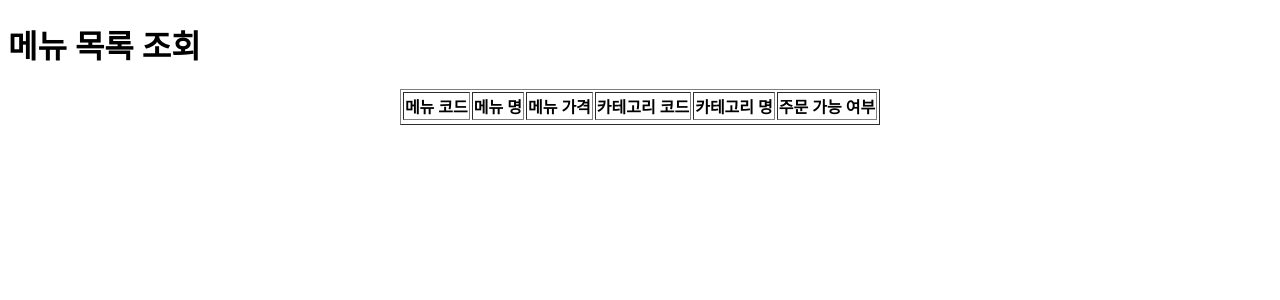
Repository: DaeyeonKim97/Menu-MVC
Page: http://localhost/menu-mvc-mybatis/WEB-INF/views/menu/menuDetailList.jsp
These files come from the project's save history. The page is drawn as it stood at one moment and after the next save; the edit follows.
The browser window is 1280 px wide. The pictures show the whole page.
The page is served by Tomcat 9. Nobody is signed in. The template is opened directly, without the code that normally fills it, so the values that code supplies are empty.

Above is the page before, as saved 2022-08-13 06:43:20.

After the next save:
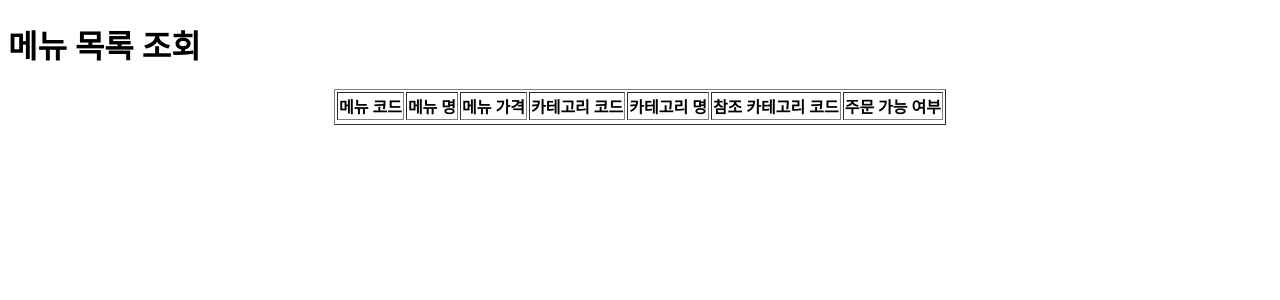
Saved 12 s later.
--- a/menu-mvc-mybatis/src/main/webapp/WEB-INF/views/menu/menuDetailList.jsp
+++ b/menu-mvc-mybatis/src/main/webapp/WEB-INF/views/menu/menuDetailList.jsp
@@ -16,6 +16,7 @@
 			<th>메뉴 가격</th>
 			<th>카테고리 코드</th>
 			<th>카테고리 명</th>
+			<th>참조 카테고리 코드</th>
 			<th>주문 가능 여부</th>
 		<tr>
 		<c:forEach items="${requestScope.menuList}" var="menu">
